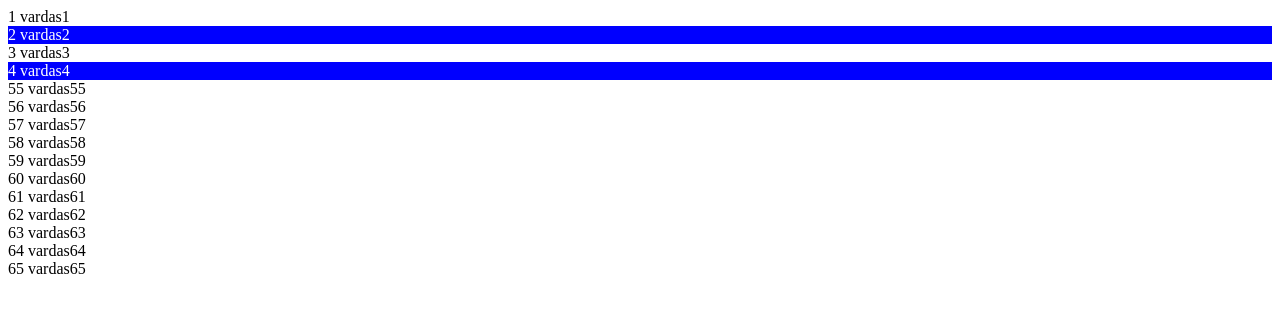
Repository: motiejus1/27-paskaita-05.31
Page: index.html
The author's editor kept a copy of each file at every save. The page is drawn from the files as they stood at one save, then again after a run of saves.
The browser window is 1280 px wide. The pictures show the whole page.

Above is the page before, as saved 2021-07-15 19:43:14.

After the next 2 saves:
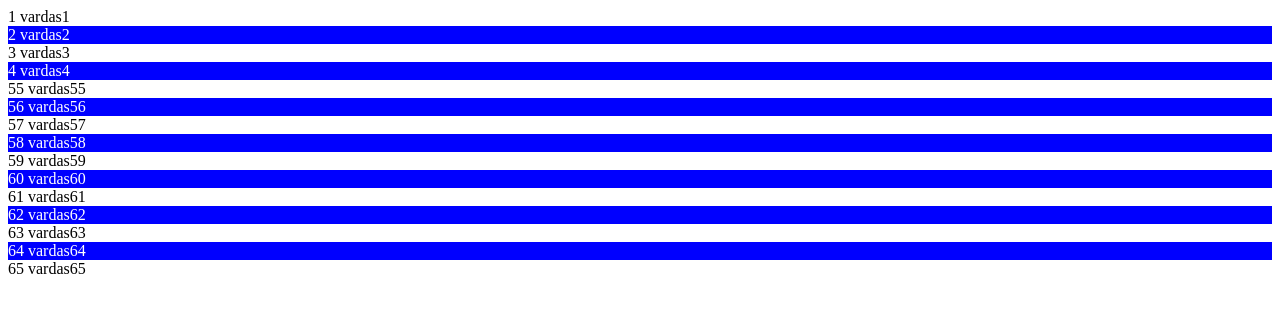
The 2 saves are shown as one change because they came seconds apart.
The last was saved 5 s later.
--- a/index.html
+++ b/index.html
@@ -87,6 +87,7 @@
 
             if(masyvas[i].id % 2 == 0) {
                 console.log(masyvas[i]);
+                div.classList.add("melynas");
             }
         }
 
